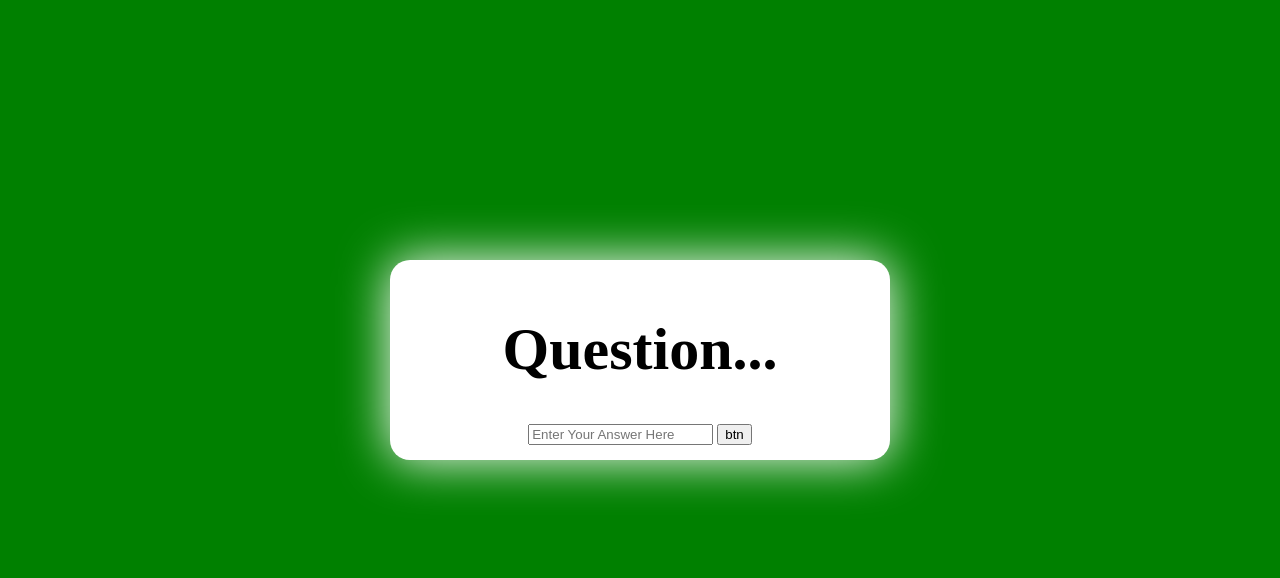
Repository: Joseph061200/Dynamic_Lab2
Page: joseph.html
An editor plug-in stored every save of this project. The page is shown before and after the next save, followed by the edit.
The browser window is 1280 px wide. The pictures show the whole page.

Above is the page before, as saved 2020-02-20 14:16:03.

### joseph.html
<!DOCTYPE html>
<html>
    <head>
        <title>Joseph</title>
        <link rel="stylesheet" href="joseph.css">
    </head>
    <body>
        <div class="app">
            <div class="pop_up question">
                <h1 class="h1">Question...</h1>
                <div>
                    <input type="text" placeholder="Enter Your Answer Here">
                    <button>btn</button>
                </div>
            </div>
        </div>
        <script src="joseph.js"></script>
    </body>
</html>

### joseph.css
body,html {
    margin: 0;
}
.app{
    width: 100vw;
    height: 100vh;
    display: flex;
    justify-content: center;
    align-items: center;
    background-color: green;
}
.pop_up{
    width: 500px;
    height: 200px;
    /* border: solid 1px black; */
    display: flex;
    flex-direction: column;
    justify-content: center;
    align-items: center;
    background-color: white;
    border-radius: 20px;
    box-shadow: 5px 5px 5px black;
    box-shadow: 0px 0px 50px white;

}
h1 {
    font-size: 60px;
}

Loaded but not shown: joseph.js (no copy from this time; the picture is the same without it)

After the next save:
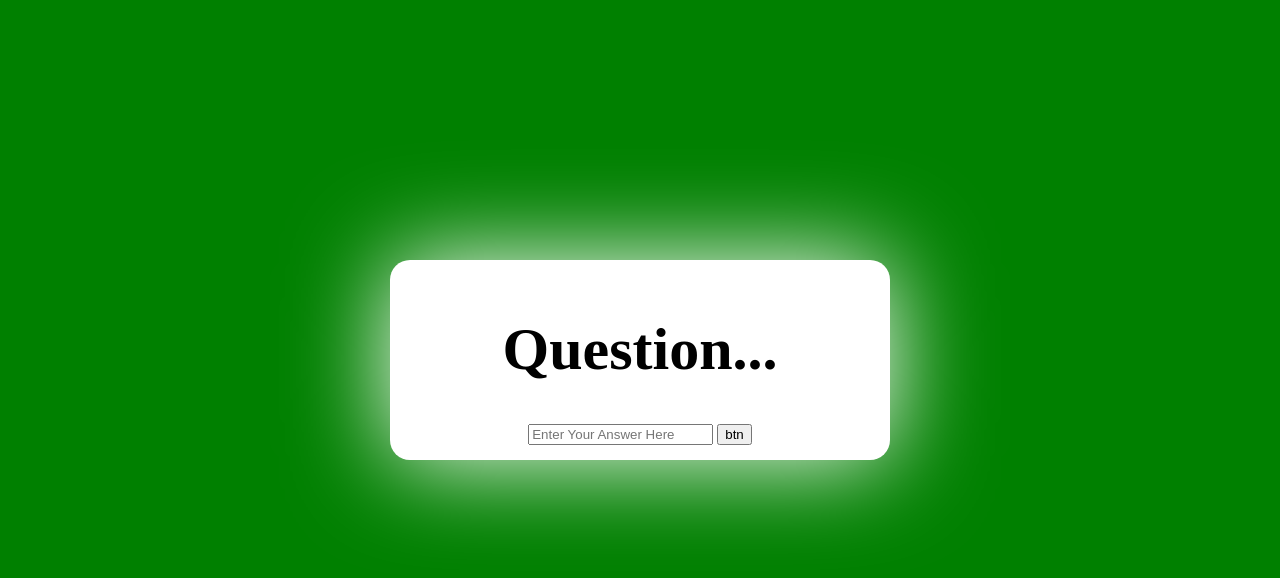
Saved 5 s later.
--- a/joseph.css
+++ b/joseph.css
@@ -20,7 +20,7 @@ body,html {
     background-color: white;
     border-radius: 20px;
     box-shadow: 5px 5px 5px black;
-    box-shadow: 0px 0px 50px white;
+    box-shadow: 0px 0px 100px white;
 
 }
 h1 {
